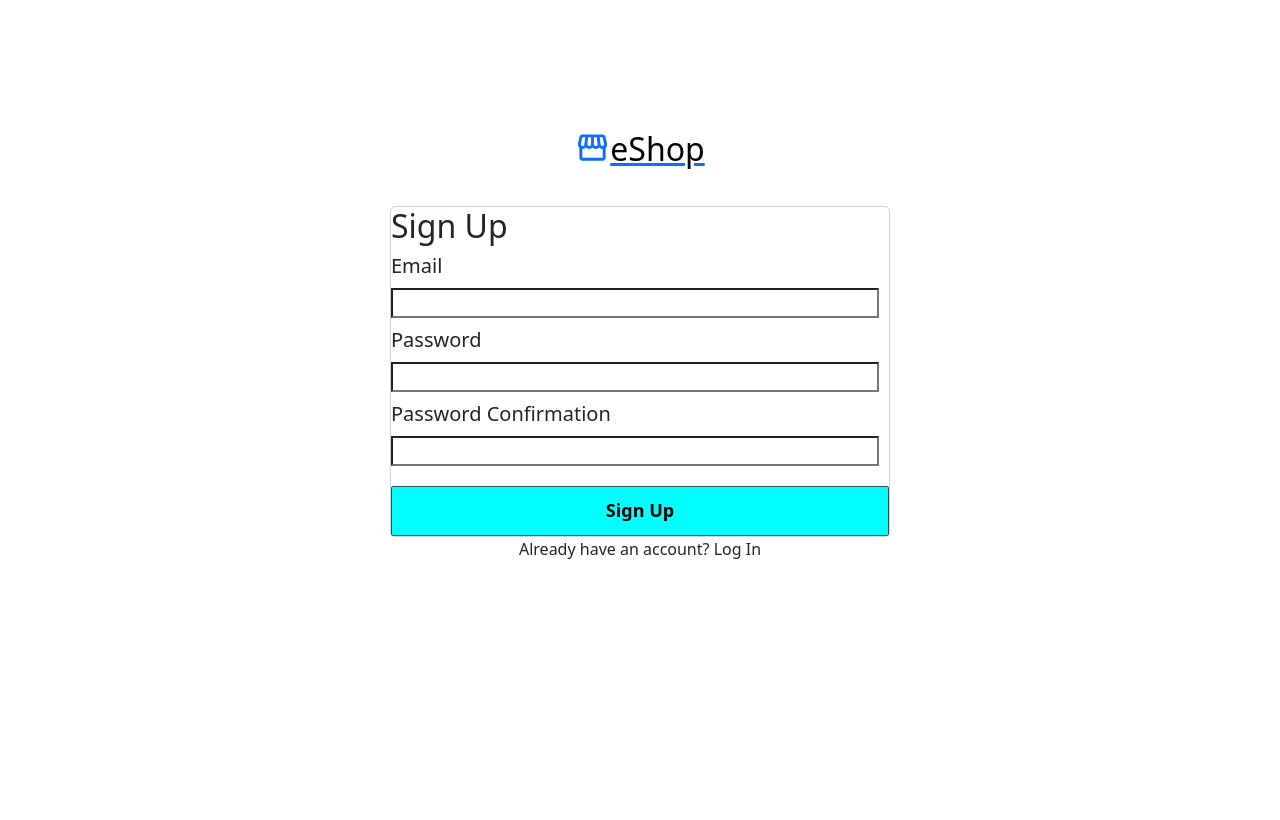
Repository: carinvid/reach-eshop
Page: /signup
The author's editor kept a copy of each file at every save. The page is drawn from the files as they stood at one save, then again after the next save.
The browser window is 1280 px wide. The pictures show the whole page.
The page's requests for data from a server got no answer. The project was rebuilt for these pictures with package versions that can differ from the ones it lists, and the page was loaded fresh each time. No one was signed in, and anything a server would have sent is missing. Also part of the build but not shown: src/Header.css, src/Header.js, src/Home.css, src/Product.css, src/Product.js, src/Home.js, src/Checkout.css, src/CheckoutProduct.css and 6 more.

Above is the page before, as saved 2022-04-06 16:26:04.

After the next save:
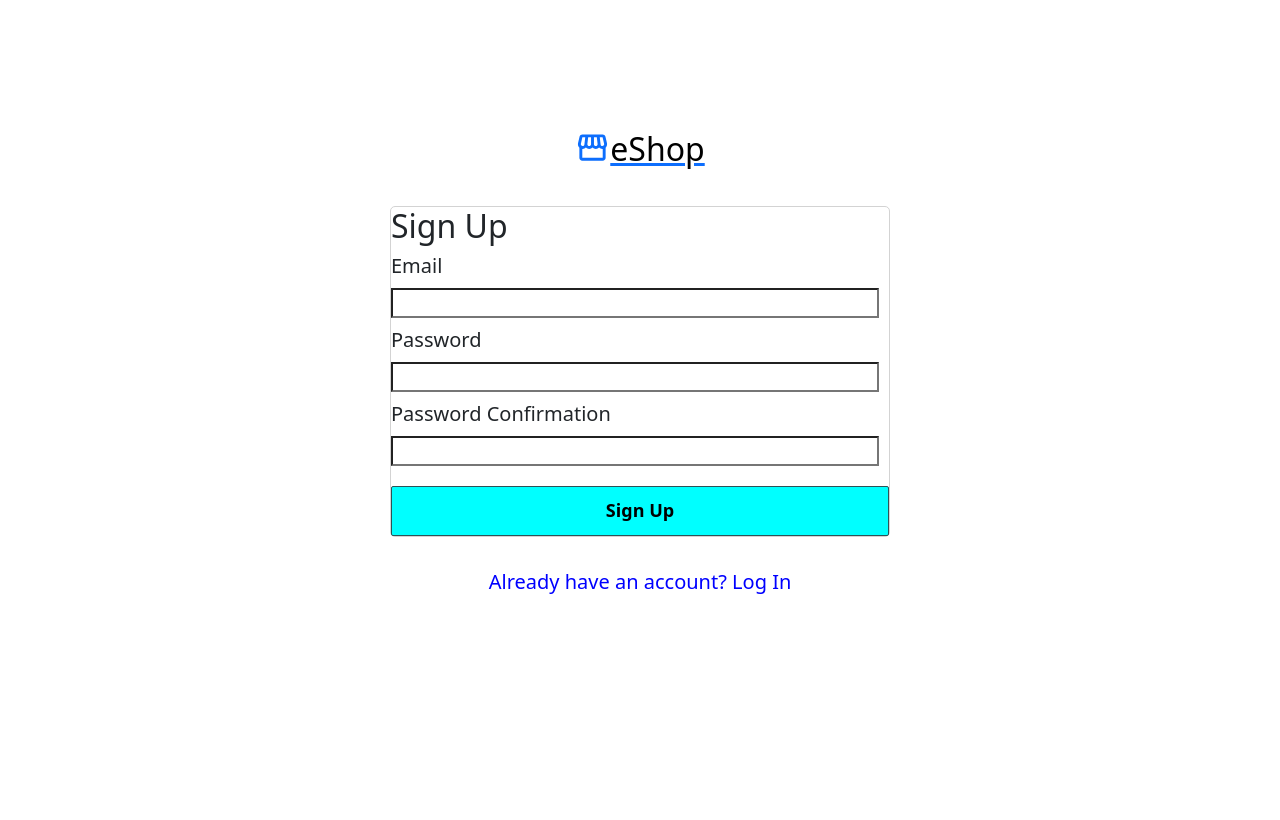
Saved 101 s later.
--- a/src/Signup.css
+++ b/src/Signup.css
@@ -45,7 +45,7 @@
     width: 98%;
 }
 
-.signup-container > p {
+.signup > p {
     color: blue;
     margin-top: 30px;
     font-size: 20px;
